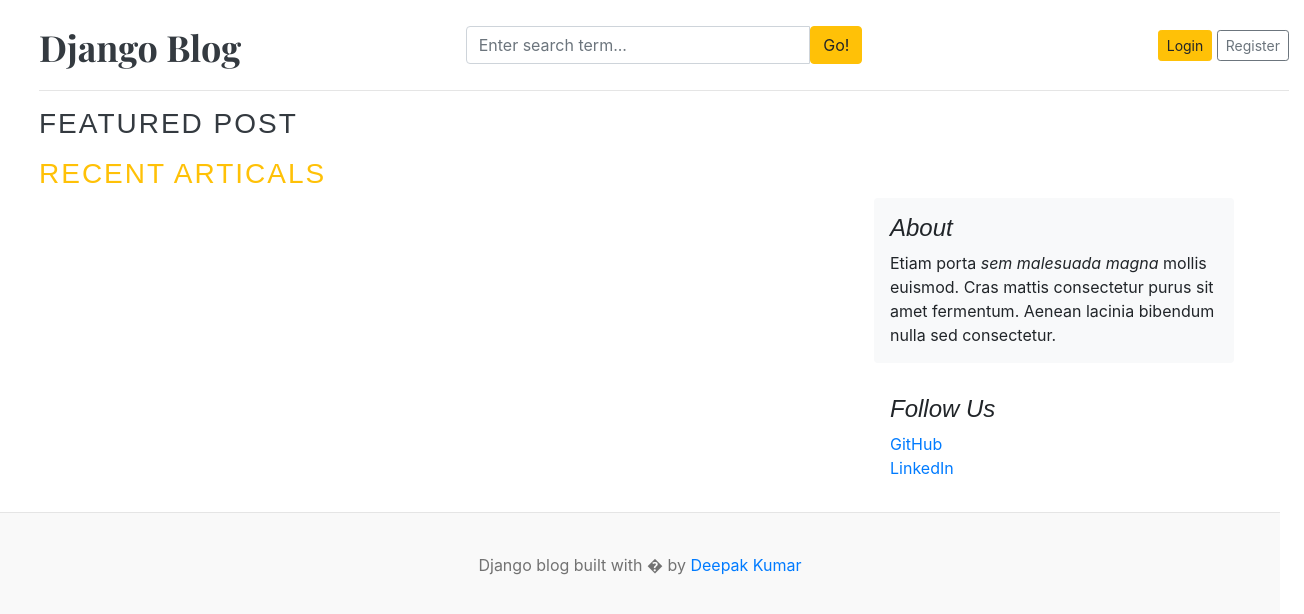
Repository: vijayholve/Blog-Website-Django
Page: templates/home.html
An editor plug-in stored every save of this project. The page is shown before and after a run of saves, followed by the edit.
The browser window is 1280 px wide. The page is 1304 px wide, so the pictures cover 1304 px, including what lies to the right of the window. The pictures show the whole page.
The template is drawn by Django 5.2. The application's start-up code is not run. The template is opened directly, without the code that normally fills it, so the values that code supplies are empty.

Above is the page before, as saved 2025-01-29 15:53:21.

After the next 3 saves:
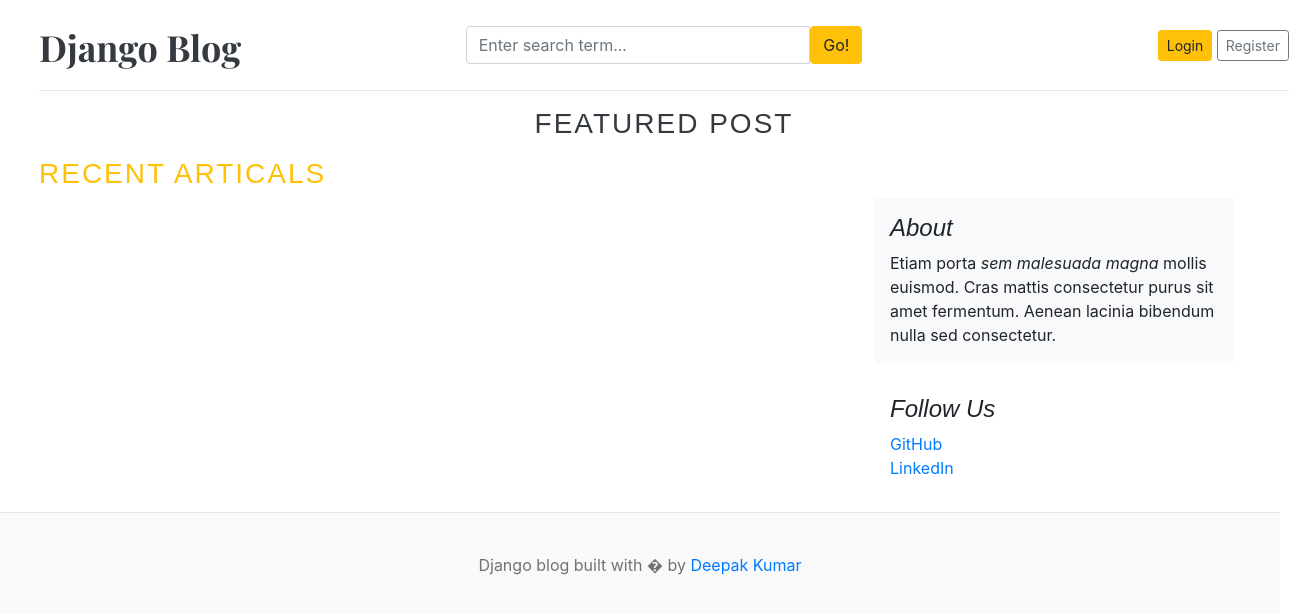
The 3 saves are shown as one change because they came seconds apart.
The last was saved 11 s later.
--- a/templates/home.html
+++ b/templates/home.html
@@ -17,7 +17,7 @@
 
 
 <!-- Featured POST -->
-<h3 class="text-uppercase text-dark text-bold" style="letter-spacing: 2px;">Featured POST</h3>
+<h3 class="text-uppercase text-dark text-bold text-center" style="letter-spacing: 2px;">Featured POST</h3>
   <div class="row mb-2">
     {% for post in featured_post %}
       {% if not forloop.first %}
